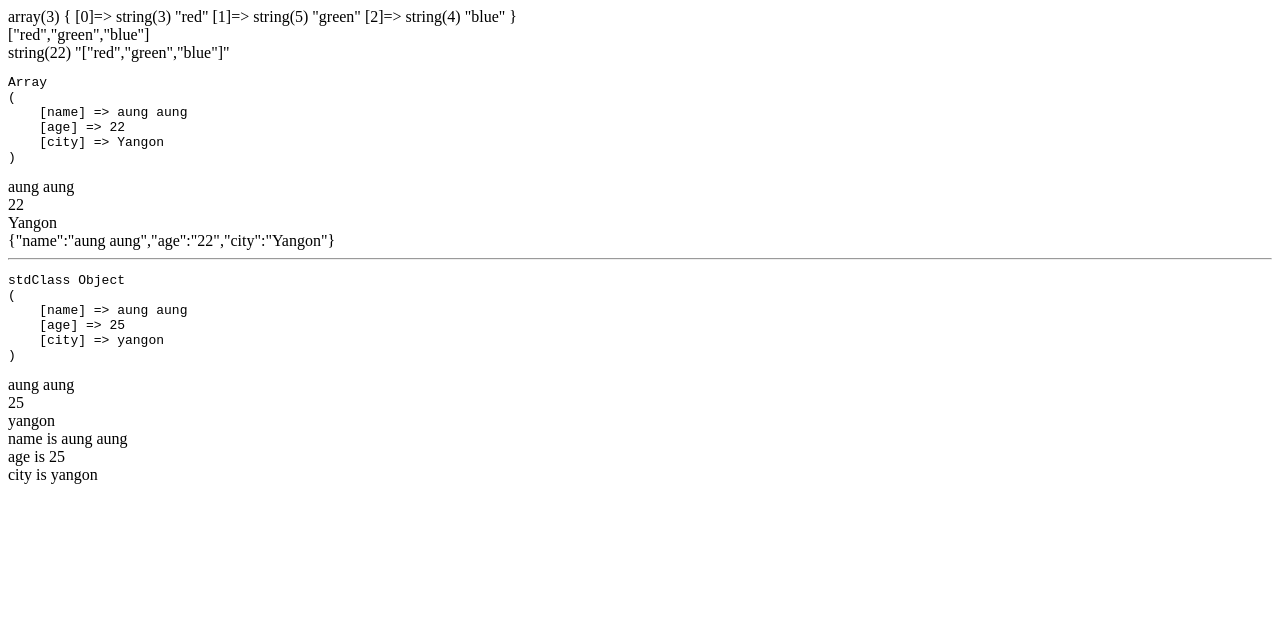
Repository: hsumyatm7308/PHP
Page: http://localhost/l37json.php
An editor plug-in stored every save of this project. The page is shown before and after the next save, followed by the edit.
The browser window is 1280 px wide. The pictures show the whole page.
The page is run by PHP 8.4 with error messages shown; the project is at /var/www/html/.

Above is the page before, as saved 2023-05-12 17:12:03.

After the next save:
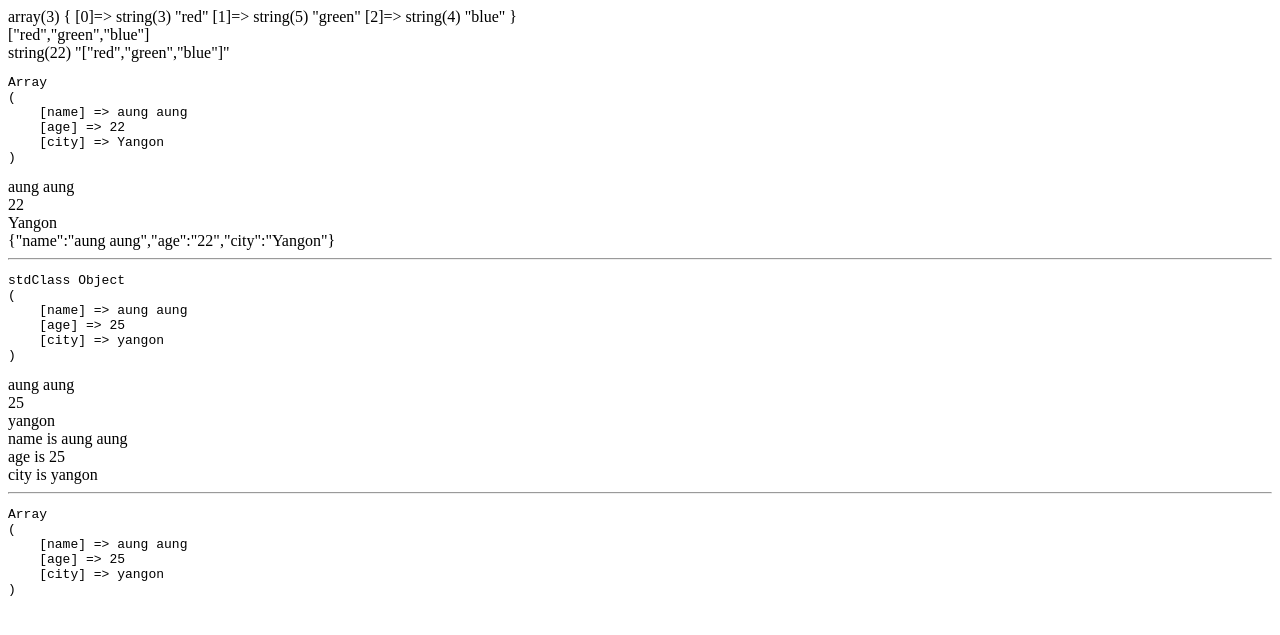
Saved 5 min 2 s later.
--- a/part1/l37json.php
+++ b/part1/l37json.php
@@ -50,4 +50,11 @@ foreach($studentsde as $key=>$value){
     echo $key . " is " . $value . "<br>";
 }
 
+echo "<hr>";
+
+$students = '{"name":"aung aung","age":25,"city":"yangon"}';
+$studentsde = json_decode($students,true);
+echo "<pre>".print_r($studentsde,true)."</pre>";
+
+
 ?>
